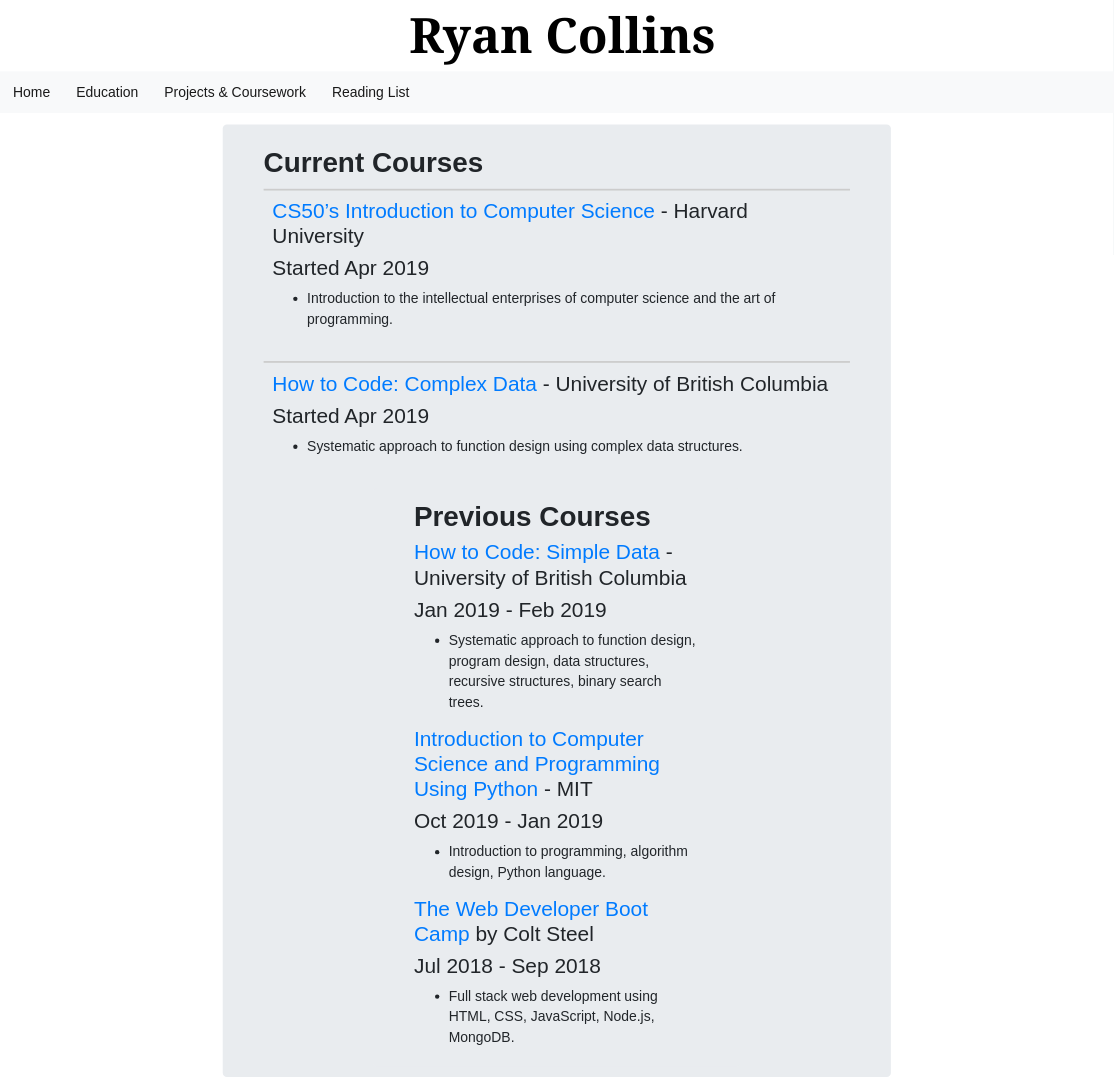
Repository: RyanMCollins/cs50
Page: pset5/homepage/education.html
The author's editor kept a record of every edit. The page is drawn from the files as they stood at one moment, then again after the next edit.
The browser window is 1280 px wide. The pictures show the whole page, at 87% of full size.

Above is the page before.

After the next edit:
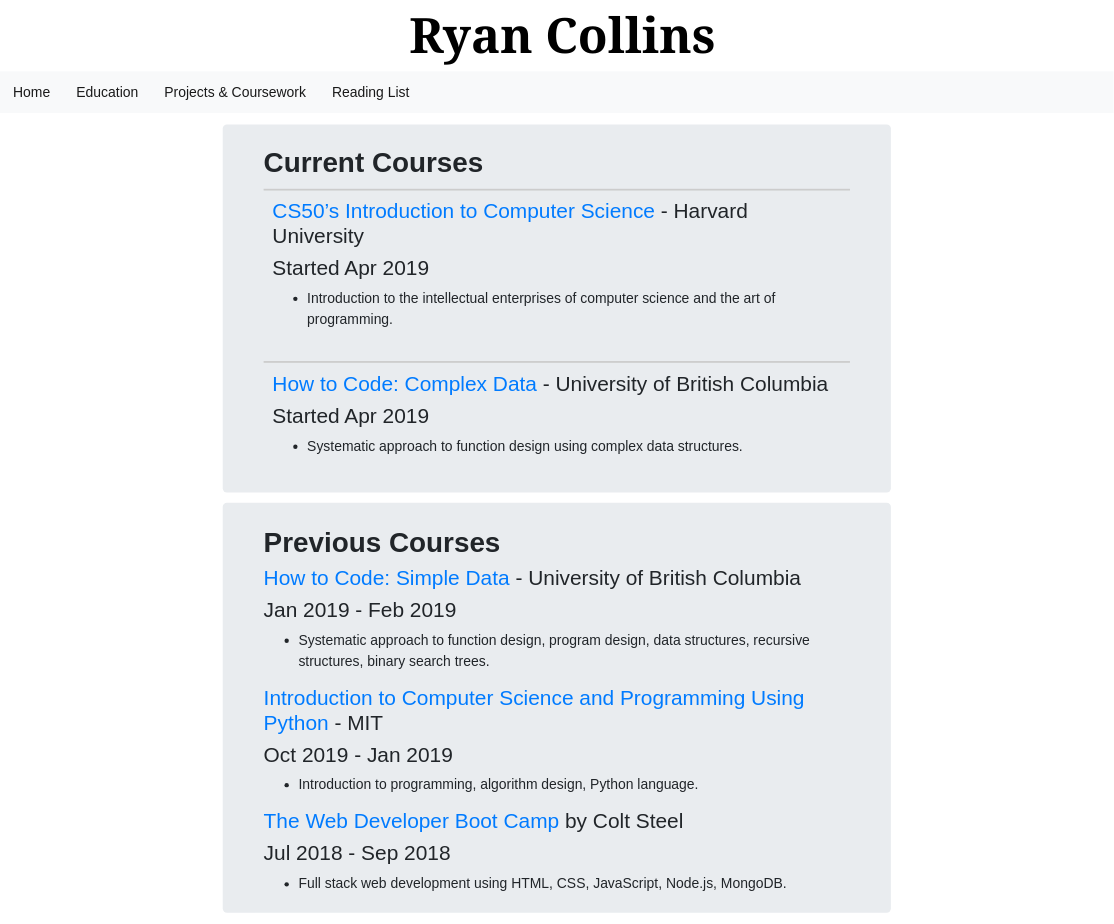
The edit:
--- a/pset5/homepage/education.html
+++ b/pset5/homepage/education.html
@@ -58,18 +58,19 @@
                     </ul>
                 </div>
                 <div class="sub-division">
-                <h4>
-                    <a href="https://www.edx.org/course/how-code-complex-data-ubcx-htc2x">How to Code: Complex Data</a>
-                    - University of British Columbia
-                </h4>
-                <h4>
-                    Started Apr 2019
-                </h4>
-                <ul>
-                    <li>
-                        Systematic approach to function design using complex data structures.
-                    </li>
-                </ul>
+                    <h4>
+                        <a href="https://www.edx.org/course/how-code-complex-data-ubcx-htc2x">How to Code: Complex Data</a>
+                        - University of British Columbia
+                    </h4>
+                    <h4>
+                        Started Apr 2019
+                    </h4>
+                    <ul>
+                        <li>
+                            Systematic approach to function design using complex data structures.
+                        </li>
+                    </ul>
+                </div>
             </div>
         </div>
         <div class="jumbotron">
